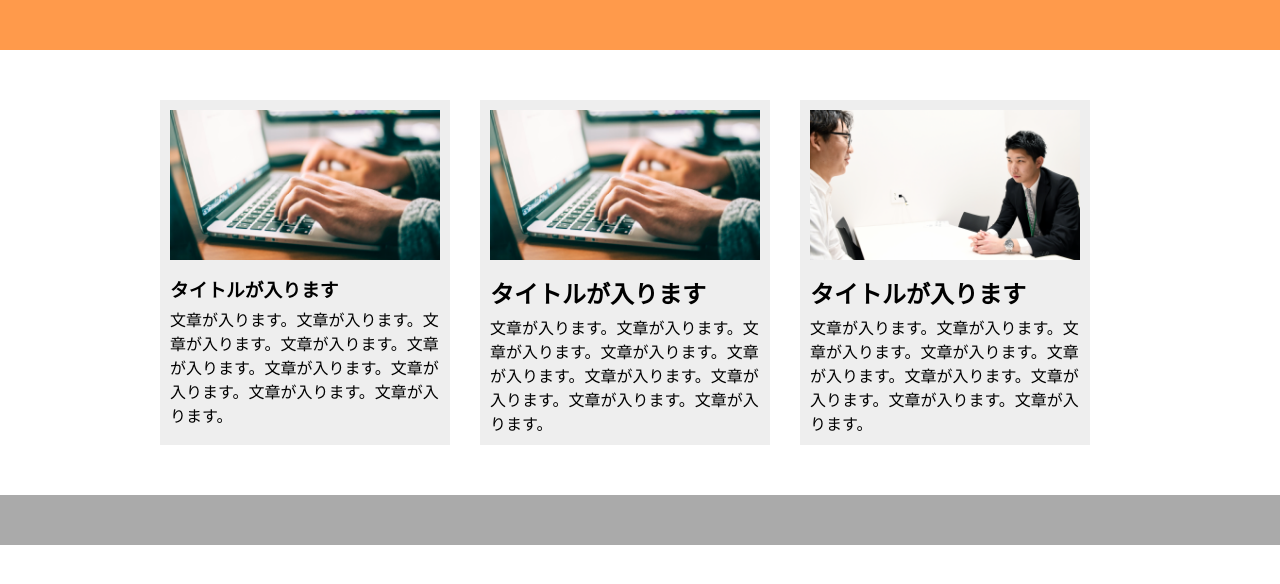
Repository: Takahiro620/dmmwebcamp
Page: enshu9/enshu9.html
The author's editor kept a record of every edit. The page is drawn from the files as they stood at one moment, then again after the next edit.
The browser window is 1280 px wide. The pictures show the whole page.

Above is the page before.

### enshu9/enshu9.html
<!DOCTYPE html>
<html lang="ja">
  <head>
    <meta charset="UTF-8">
    <!-- CSSファイルの読み込み -->
    <link rel="stylesheet" href="enshu9.css" />
    <title>enshu9</title>
  </head>

  <body>
    <header>
      <div class="heading">
      </div>
    </header>




    <main class="main">

      <span class="main-1">
        <div class="image-1"></div>
        <h3 class="title">タイトルが入ります</h2>
        <p class="text">文章が入ります。文章が入ります。文章が入ります。文章が入ります。文章が入ります。文章が入ります。文章が入ります。文章が入ります。文章が入ります。</p>
      </span>

      <span class="main-2">
        <div class="image-2"></div>
        <h2 class="title">タイトルが入ります</h2>
        <p class="text">文章が入ります。文章が入ります。文章が入ります。文章が入ります。文章が入ります。文章が入ります。文章が入ります。文章が入ります。文章が入ります。</p>
      </span>

      <span class="main-3">
        <div class="image-3"></div>
        <h2 class="title">タイトルが入ります</h2>
        <p class="text">文章が入ります。文章が入ります。文章が入ります。文章が入ります。文章が入ります。文章が入ります。文章が入ります。文章が入ります。文章が入ります。</p>
      </span>
    </main>




    <footer>
      <div class="footing">
      </div>
    </footer>
  </body>
</html>

### enshu9/enshu9.css
/* ブラウザがそれぞれ持っているCSSをリセットするための記述 */
* {
  box-sizing: border-box;
  margin: 0;
  padding: 0;
}





.heading{
  width: 100%;
  height: 50px;
  background-color: #FF9A4B;
}




.main{
  width: 960px;
  margin: 50px auto;
  display: flex;
}


.main-1{
  width: 300px;
  margin-right: 30px;
  padding: 10px;
  position: relative;
  background-color: #eee;
}
.image-1{
  height: 150px;
  background-image: url(img/flow01.png);
  background-position: bottom;
  background-size: cover;
}

.main-2{
  width: 300px;
  margin-right: 30px;
  padding: 10px;
  position: relative;
  background-color: #eee;
}
.image-2{
  height: 150px;
  background-image: url(img/flow01.png);
  background-position: bottom;
  background-size: cover;
}

.main-3{
  width: 300px;
  margin-right: 30px;
  padding: 10px;
  position: relative;
  background-color: #eee;
}
.image-3{
  height: 150px;
  background-image: url(img/flow03.png);
  background-position: bottom;
  background-size: cover;
}
.step-num {
  position: absolute;
  top: 0;
  left: 0;
  background-color: #ff9a4b;
  color: #fff;
}
.title{
  margin-top: 15px;
  margin-bottom: 5px;
}
.text{

}




.footing{
  width: 100%;
  height: 50px;
  background-color: #AAAAAA;
}



@media screen and (max-width:768px){
  .heading{
  width: 100%;
  height: 50px;
  background-color: #FF9A4B;
}




.main{
  width: 100%;
  margin: 50px auto;
  display: block;
}


.main-1{
  width: 90%;
  margin-top: 50px;
  margin-bottom:10px;
  padding: 10px;
  position: relative;
  background-color: #eee;
}
.image-1{
  width: 100%;
  height: 150px;
  background-image: url(img/flow01.png);
  background-position: bottom;
  background-size: cover;
}

.main-2{
  width: 90%;
  margin-right: 30px;
  padding: 10px;
  position: relative;
  background-color: #eee;
}
.image-2{
  width: 100%;
  height: 150px;
  background-image: url(img/flow01.png);
  background-position: bottom;
  background-size: cover;
}

.main-3{
  width: 300px;
  margin-right: 30px;
  padding: 10px;
  position: relative;
  background-color: #eee;
}
.image-3{
  width: 90%;
  height: 150px;
  background-image: url(img/flow03.png);
  background-position: bottom;
  background-size: cover;
}
.step-num {
  position: absolute;
  top: 0;
  left: 0;
  background-color: #ff9a4b;
  color: #fff;
}
.title{
  width: 100%;
  margin-top: 15px;
  margin-bottom: 5px;
}
.text{

}




.footing{
  width: 100%;
  height: 50px;
  background-color: #AAAAAA;
}

}

After the next edit:
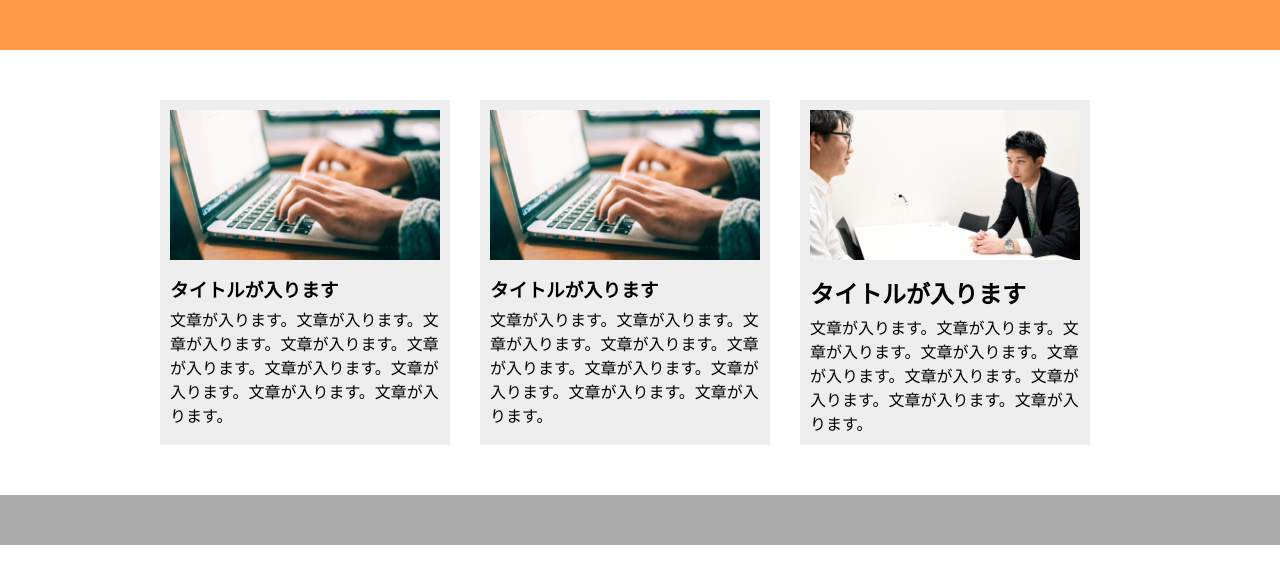
The edit:
--- a/enshu9/enshu9.html
+++ b/enshu9/enshu9.html
@@ -26,7 +26,7 @@
 
       <span class="main-2">
         <div class="image-2"></div>
-        <h2 class="title">タイトルが入ります</h2>
+        <h3 class="title">タイトルが入ります</h2>
         <p class="text">文章が入ります。文章が入ります。文章が入ります。文章が入ります。文章が入ります。文章が入ります。文章が入ります。文章が入ります。文章が入ります。</p>
       </span>
 
